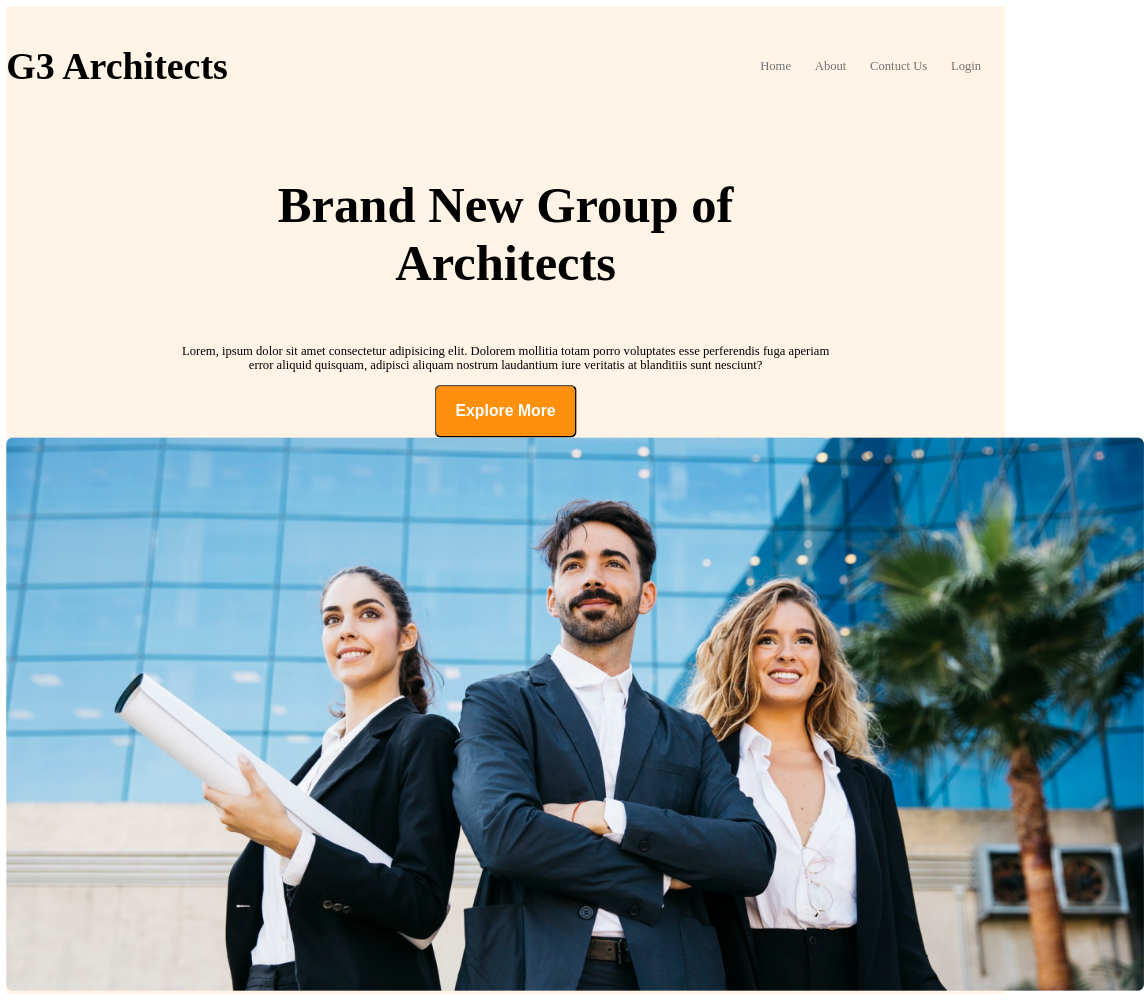
Repository: Safin421/g3-responsive-website
Page: index.html
An editor plug-in stored every save of this project. The page is shown before and after the next save, followed by the edit.
The browser window is 1280 px wide. The page is 1448 px wide, so the pictures cover 1448 px, including what lies to the right of the window. The pictures show the whole page, at 79% of full size.

Above is the page before, as saved 2024-08-19 23:12:12.

### index.html
<!DOCTYPE html>
<html lang="en">
<head>
    <meta charset="UTF-8">
    <meta name="viewport" content="width=device-width, initial-scale=1.0">
    <title>Document</title>
    <link rel="stylesheet" href="style/style.css">
</head>
<body class="work-sans-font">
    <header class="bg-light">
        <nav class="navbar display-flex">
            <h3 class="Brand">G3 Architects</h3>
            <ul class="nav-links display-flex">
                <li class="nav-items"><a href="" class="nav-link text-gray-light">Home</a></li>
                <li class="nav-items"><a href="" class="nav-link text-gray-light">About</a></li>
                <li class="nav-items"><a href="" class="nav-link text-gray-light">Contuct Us </a></li>
                <li class="nav-items"><a href="" class="nav-link text-gray-light">Login</a></li>
            </ul>
        </nav>
        <div class="baner">
           <div class="baner-content">
            <h3 class="baner-titel">Brand New Group of Architects </h3>
            <p class="baner-description">Lorem, ipsum dolor sit amet consectetur adipisicing elit. Dolorem mollitia totam porro voluptates esse perferendis fuga aperiam error aliquid quisquam, adipisci aliquam nostrum laudantium iure veritatis at blanditiis sunt nesciunt?</p>
            <button class="btn-primary">Explore More</button>
           </div>
            <img src="images/banner.png" alt="">

        </div>


    </header>
    <main>

    </main>
    <footer>

    </footer>
</body>
</html>

### style/style.css
@import url('https://fonts.googleapis.com/css2?family=Work+Sans:ital,wght@0,100..900;1,100..900&display=swap');



.work-sans-font> {
  font-family: "Work Sans", sans-serif;
  font-optical-sizing: auto;
  font-weight:400;
  font-style: normal;
}
/* share style */
.display-flex{
    display: flex;
}
.btn-primary{
    background-color: #ff900e;
    color: white;
    padding: 20px 25px;
    font-size: 1.25rem;
    font-weight: 600;
    border-radius: 8px;
}
/* dark02 */
.text-gray{
    color: #424242;
}
/* dark03 */
.text-gray-light{
    color: #727272;
}
.bg-light{
    background-color: rgba(255, 144, 14, 0.1);
}
/* header style */

/* nav releted style */
.navbar{
    justify-content: space-between;
    align-items: center;
}
.Brand{
    font-weight: 700;
    font-size: 3rem;
}
.nav-items{
    list-style: none;
    margin-right: 30px;
}
.nav-link{
    text-decoration: none;
}
.navbar , .baner{
    max-width: 1440px;
    margin: 0 auto;
}
/* banner style */
.baner-content{
    max-width: 850px;
    margin: 0 auto;
    text-align: center;
}
.baner-titel{
    font-weight: 700;
    font-size: 4rem;
}

After the next save:
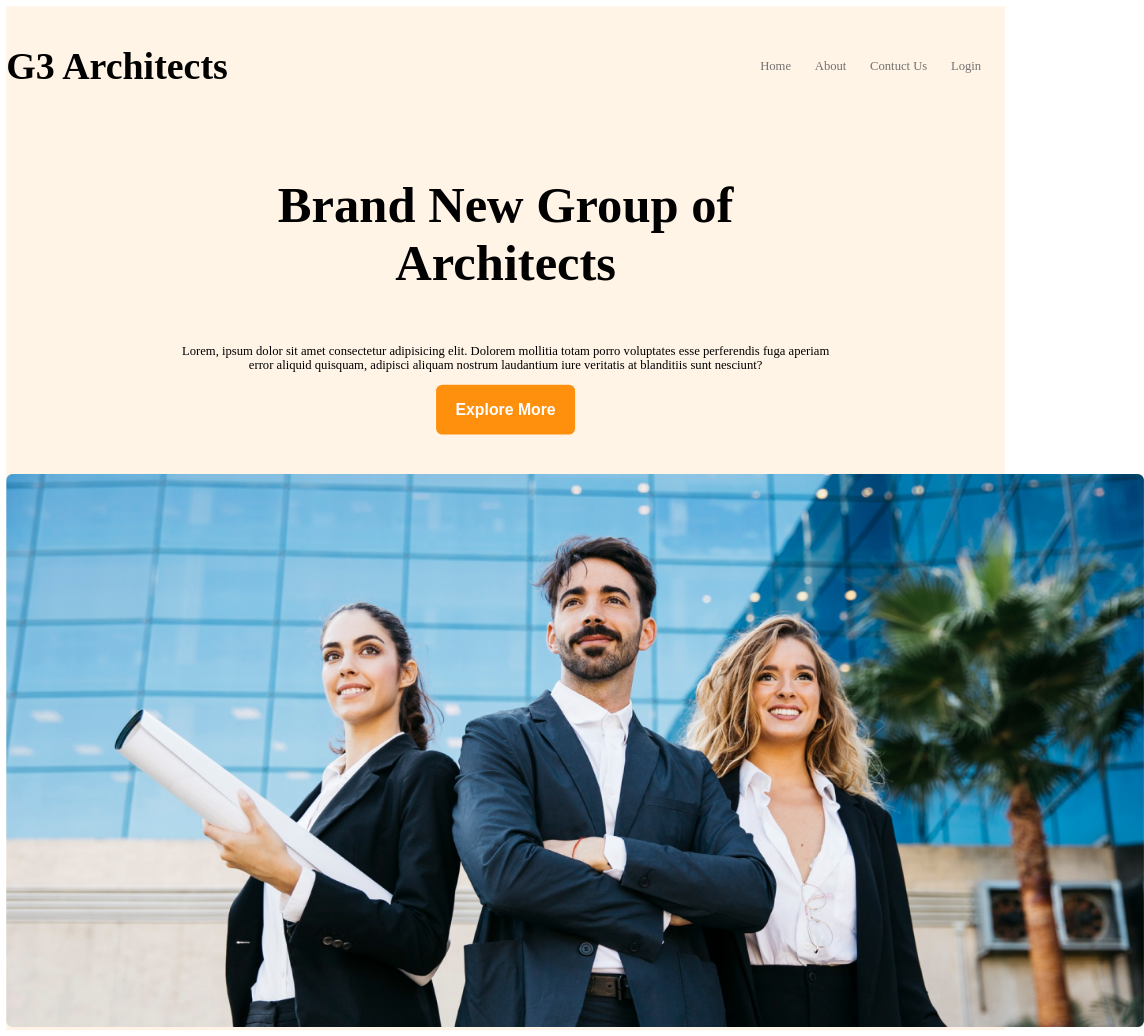
Saved 2 min 34 s later.
--- a/style/style.css
+++ b/style/style.css
@@ -19,6 +19,7 @@
     font-size: 1.25rem;
     font-weight: 600;
     border-radius: 8px;
+    border: none;
 }
 /* dark02 */
 .text-gray{
@@ -58,8 +59,10 @@
     max-width: 850px;
     margin: 0 auto;
     text-align: center;
+    margin-bottom: 50px;
 }
 .baner-titel{
     font-weight: 700;
     font-size: 4rem;
+
 }
